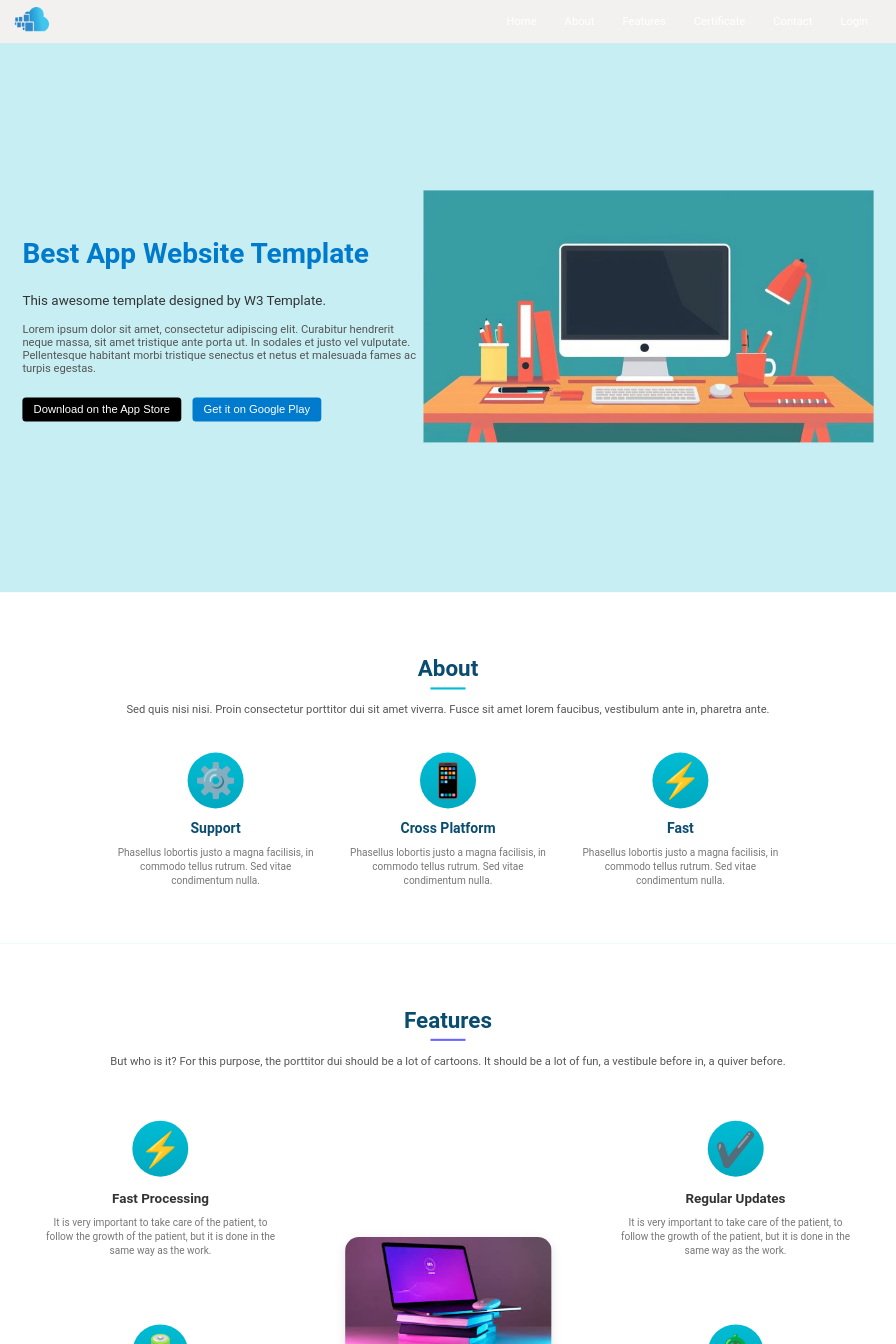
Repository: gautamsonam011/Institute
Page: /
The author's editor kept a copy of each file at every save. The page is drawn from the files as they stood at one save, then again after the next save.
The browser window is 1280 px wide. The pictures show the part of the page from y = 0 to 1920 px (the page is 3719 px tall), at 70% of full size.
The project was rebuilt for these pictures with package versions that can differ from the ones it lists, and the page was loaded fresh each time. Also part of the build but not shown: vite.config.js, src/Header.jsx, src/Sidebar.jsx, src/Home.jsx, src/students/Addstudent.jsx, src/students/allstudent.css, src/students/Allstudents.jsx, src/Fee management/feehead.css and 9 more.

Above is the page before, as saved 2024-11-27 16:56:41.

After the next save:
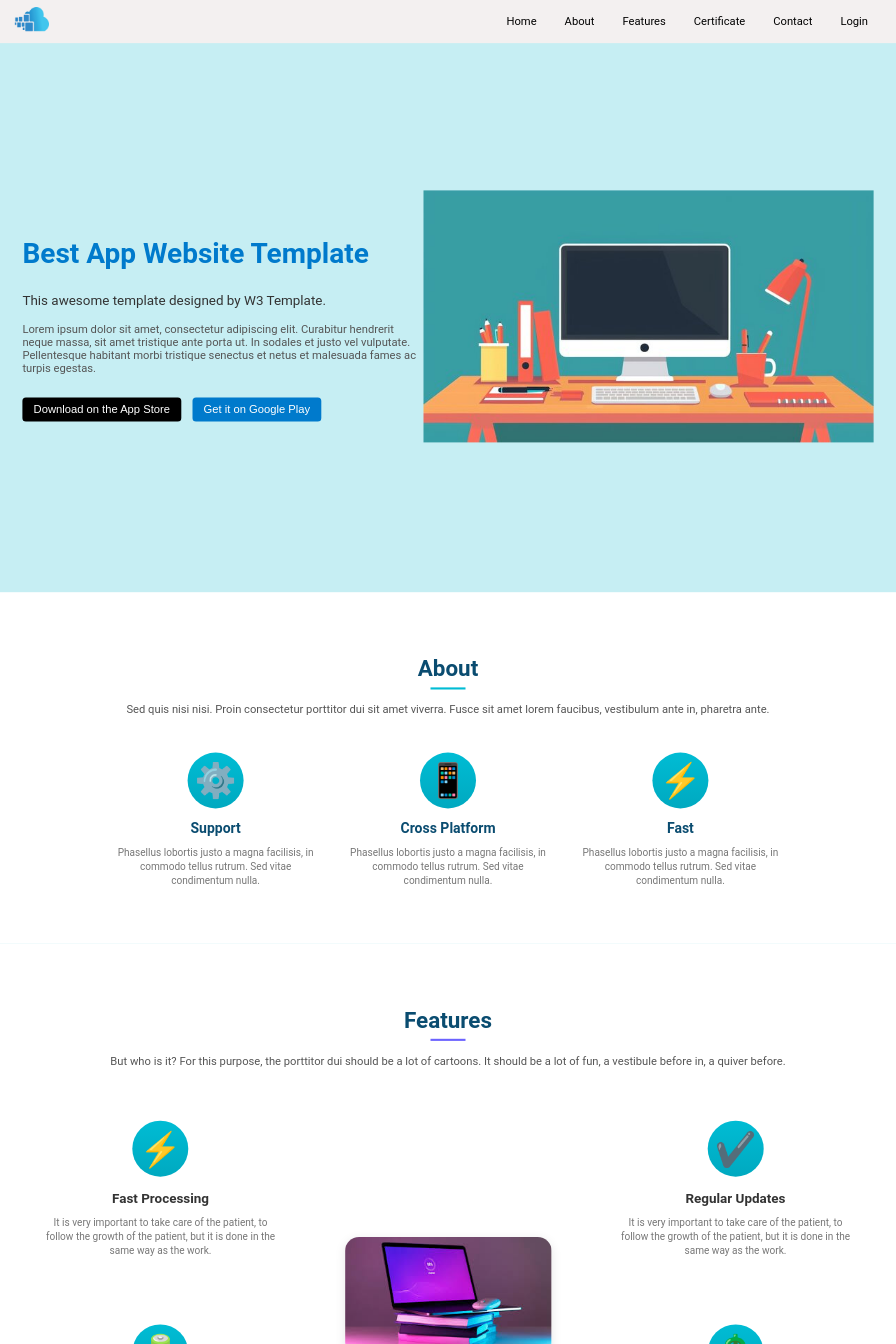
Saved 11 s later.
--- a/src/components/navbar.css
+++ b/src/components/navbar.css
@@ -24,7 +24,7 @@
 }
 
 .navbar .nav-links li a {
-  color: white;
+  color: rgb(2, 2, 2);
   text-decoration: none;
   padding: 10px 20px;
 }
